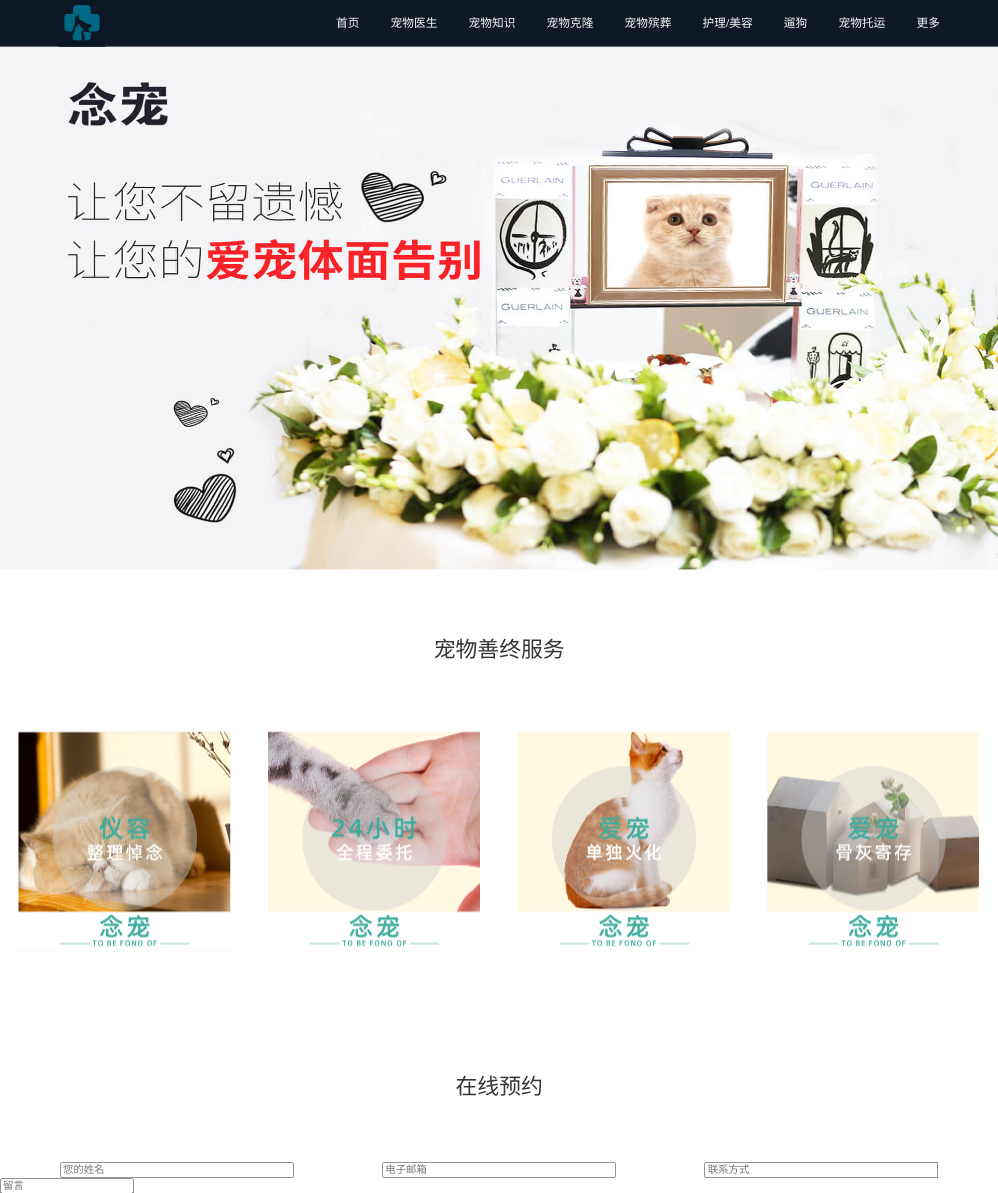
Repository: Sharang-heng/pet-hospital
Page: /petFuneral
An editor plug-in stored every save of this project. The page is shown before and after the next save, followed by the edit.
The browser window is 1280 px wide. The pictures show the whole page, at 78% of full size.
The project was rebuilt for these pictures with package versions that can differ from the ones it lists, and the page was loaded fresh each time. Also part of the build but not shown: vue.config.js, src/components/home_short.vue, src/views/HomePage.vue, src/components/footer.vue, src/views/counsel.vue, src/views/doctor.vue, src/views/knowledge.vue, src/views/clone.vue and 10 more. Imported but missing from the stored project, and not drawn on this page: src/assets/video/homepage.mp4.

Above is the page before, as saved 2021-01-13 13:45:56.

After the next save:
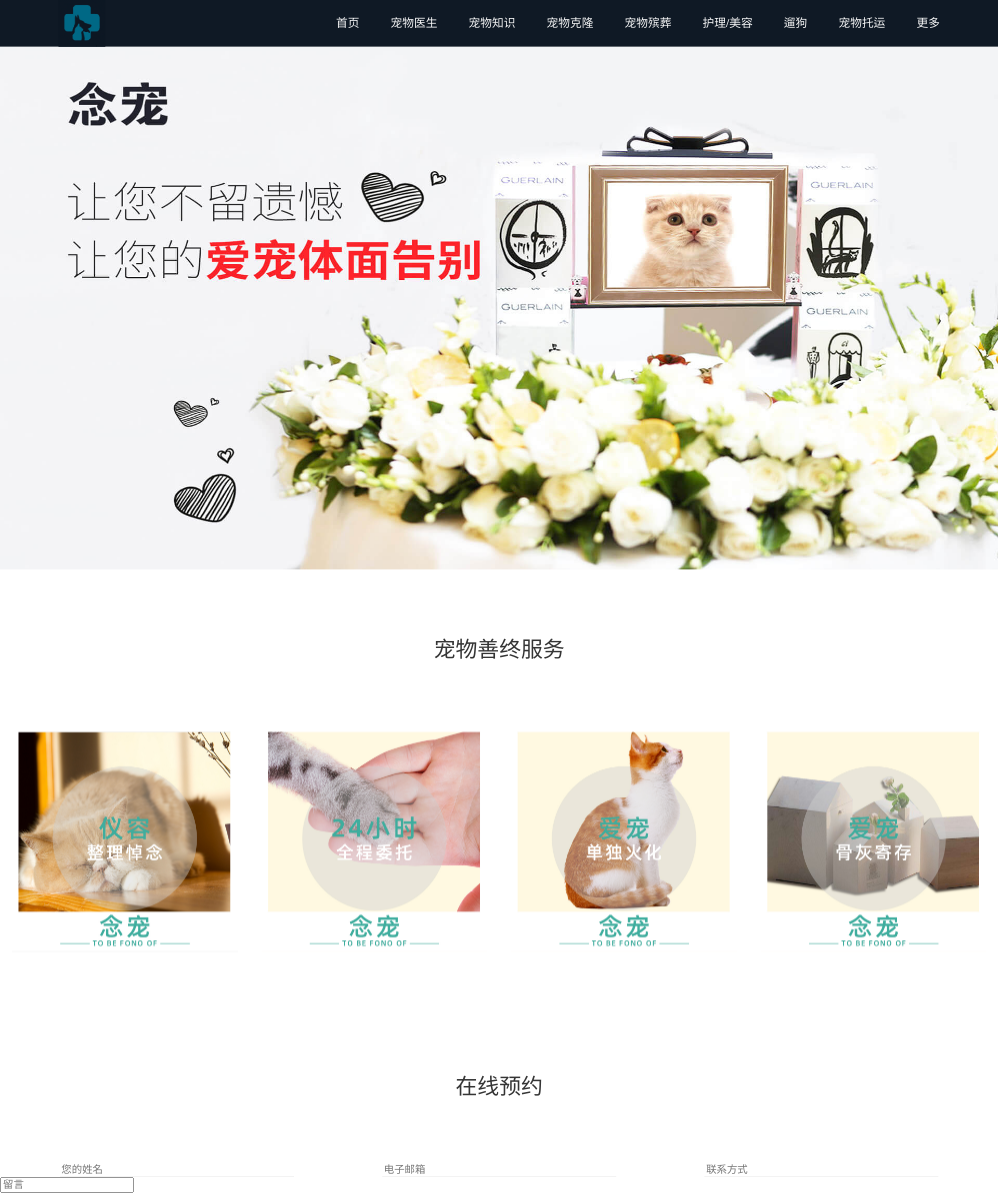
Saved 5 min 0 s later.
--- a/src/views/petFuneral.vue
+++ b/src/views/petFuneral.vue
@@ -118,6 +118,8 @@
     width: 100%;
     .input_text {
       width: 300px;
+      border: none;
+      border-bottom: 1px solid #f0f0f0;
     }
   }
   .input_area {
